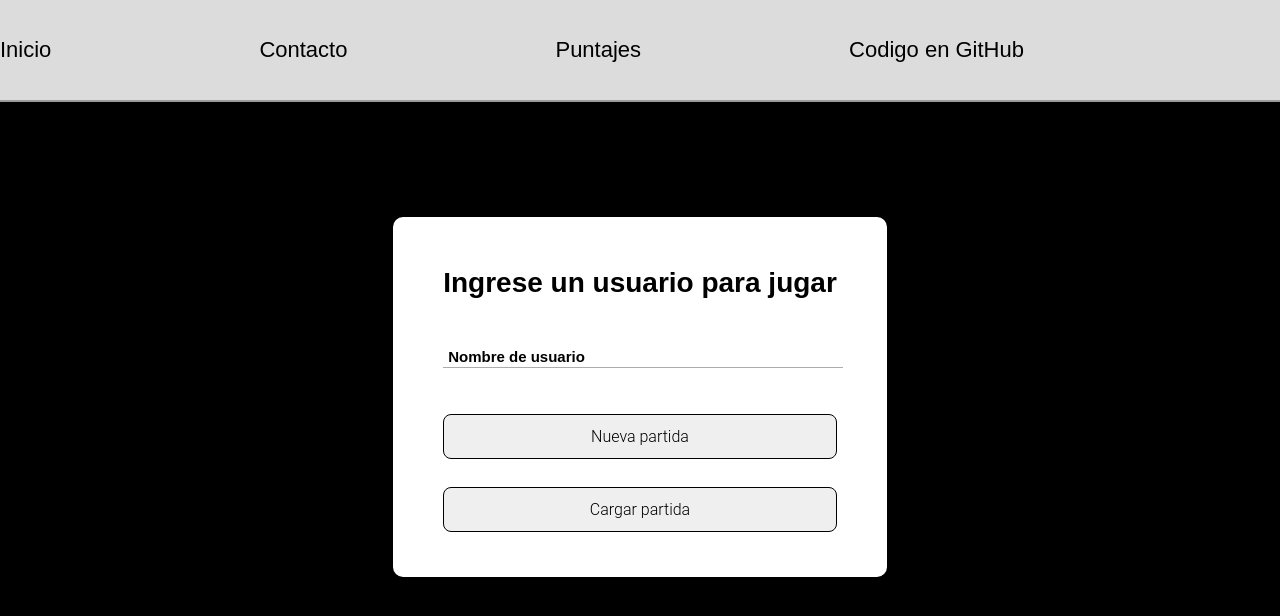
Repository: FacundoKinderknecht/FacundoKinderknecht_Wordle_Game_LPPA
Page: index.html
The author's editor kept a copy of each file at every save. The page is drawn from the files as they stood at one save, then again after the next save.
The browser window is 1280 px wide. The pictures show the whole page.

Above is the page before, as saved 2023-08-08 02:54:42.

After the next save:
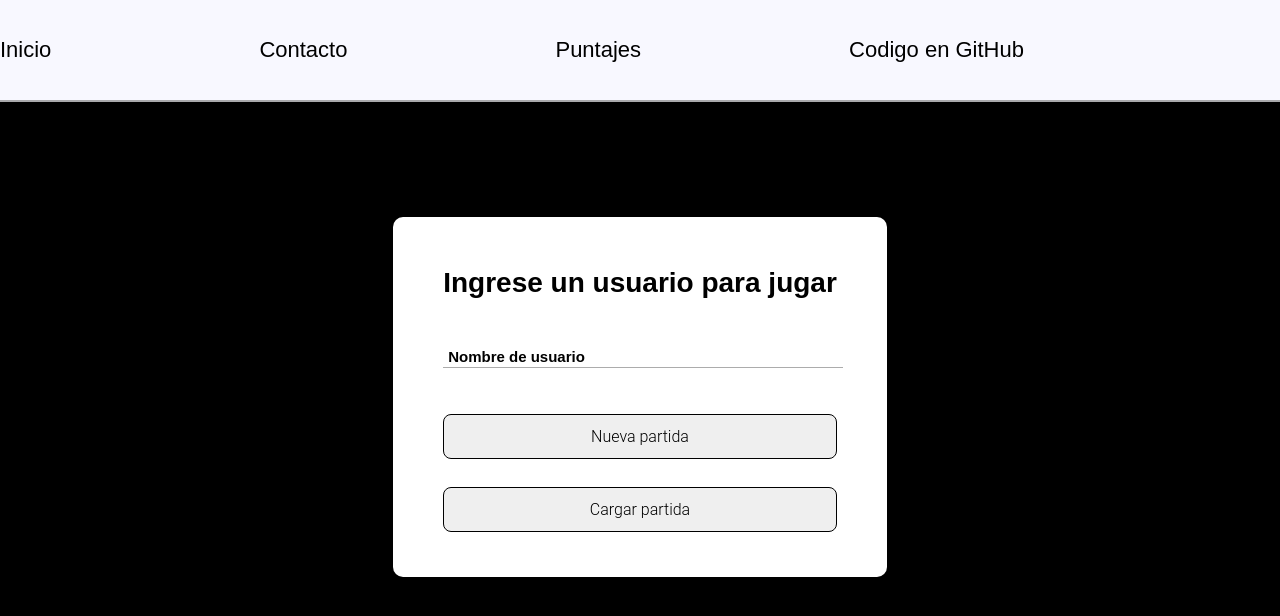
Saved 8 s later.
--- a/css/styles.css
+++ b/css/styles.css
@@ -13,7 +13,7 @@ header{
     display: flex;
     justify-content: justify-content;
     align-items: center;
-    background-color: gainsboro;
+    background-color: ghostwhite;
     border-bottom: 2px solid rgb(87, 87, 87, 0.49);
 }
 
